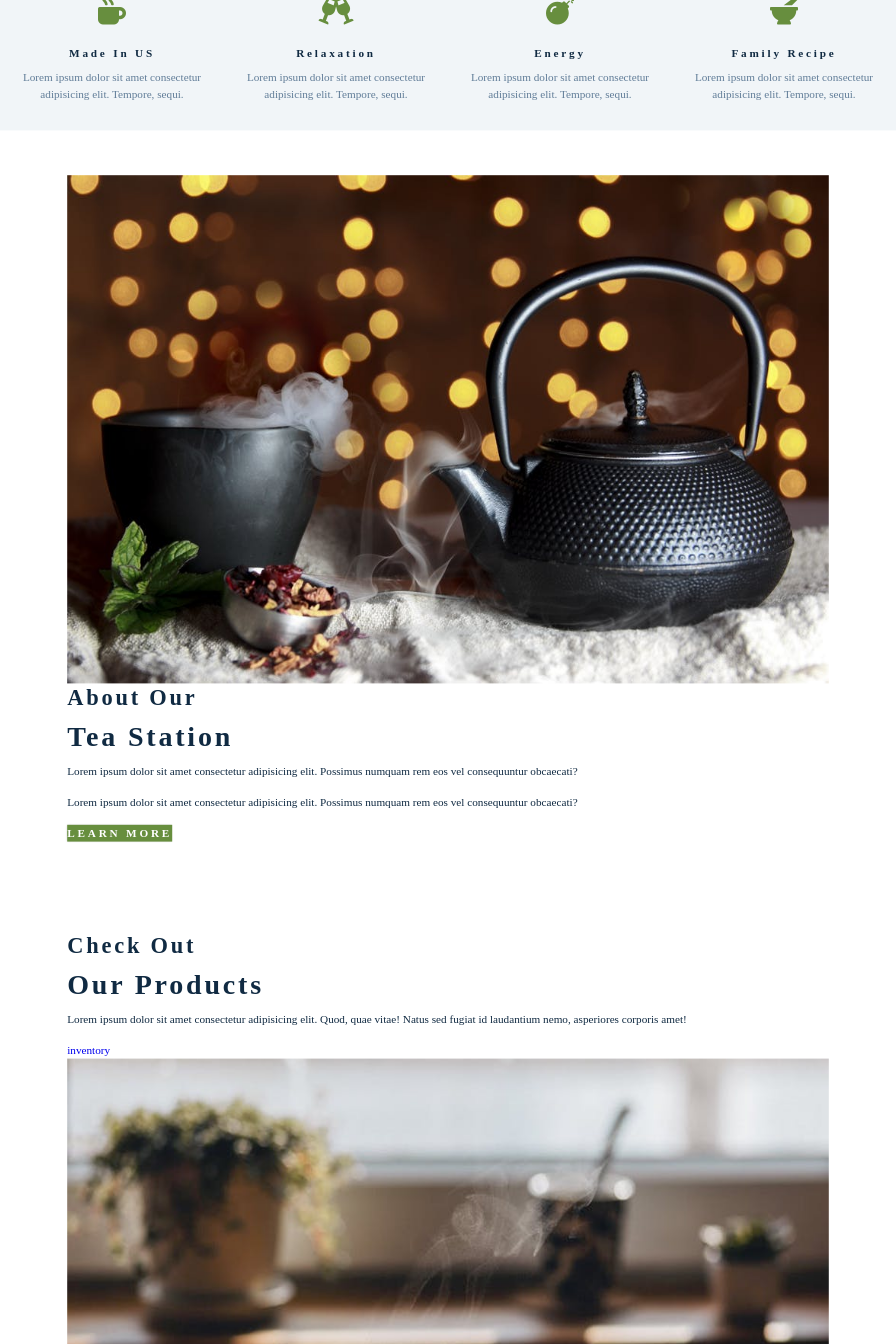
Repository: Ndifoinhilary/building_tea_site
Page: index.html
These files come from the project's save history. The page is drawn as it stood at one moment and after the next save; the edit follows.
The browser window is 1280 px wide. The pictures show the part of the page from y = 926 to 2846 px (the page is 5982 px tall before and 6128 px after), at 70% of full size.
Backgrounds fixed to the window are drawn as part of the page. Some web fonts or font styles are not loaded; a fallback is used.

Above is the page before, as saved 2024-01-06 10:54:17.

After the next save:
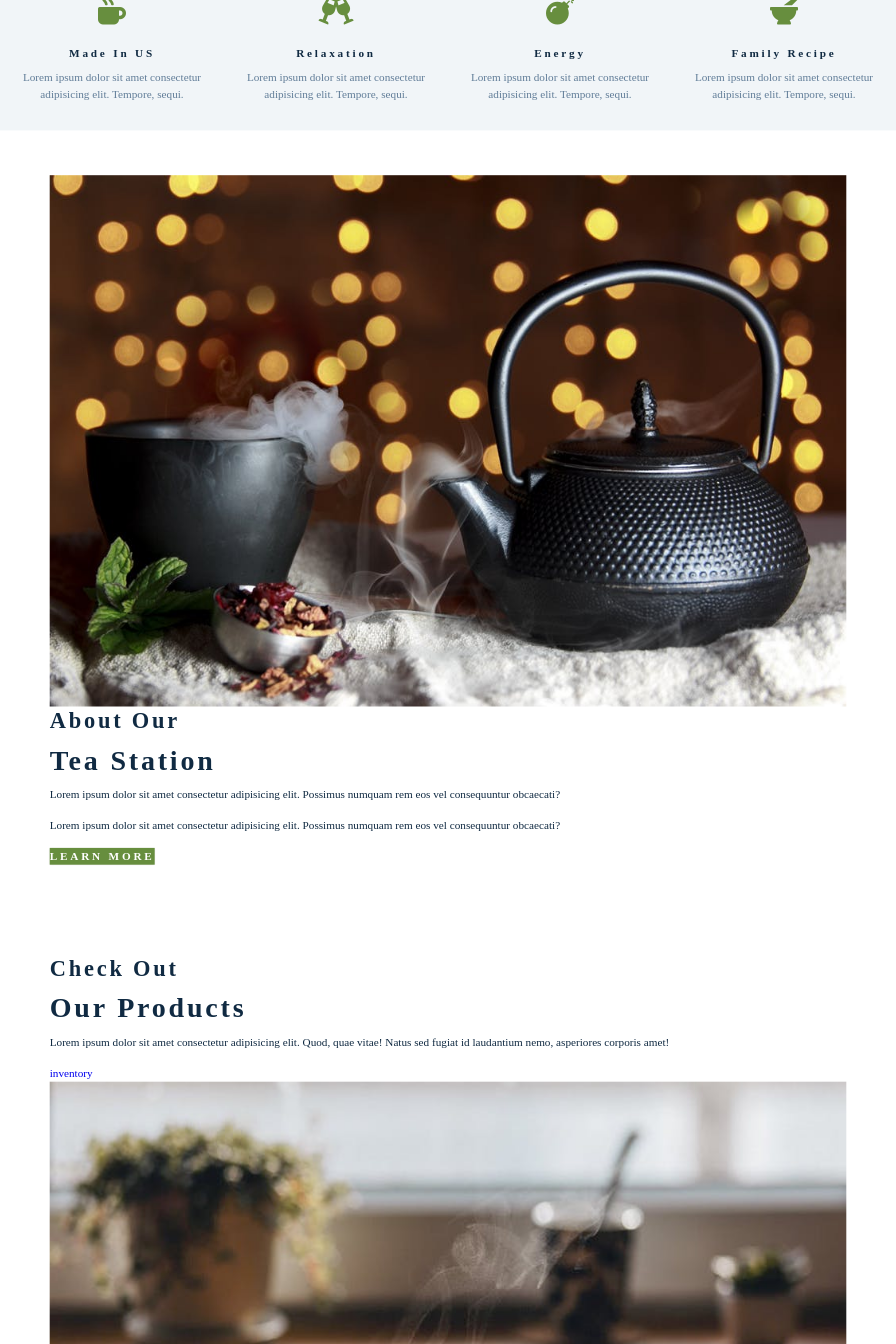
Saved 113 s later.
--- a/css/styles.css
+++ b/css/styles.css
@@ -126,6 +126,12 @@ section-title{
   margin: 0 auto;
   max-width: 1170px;
 }
+@media screen and (min-width:992px) {
+  .section-center{
+    width: 95vw;
+    padding: 4rem 1rem;
+  }
+}
  /*
  header
   */
